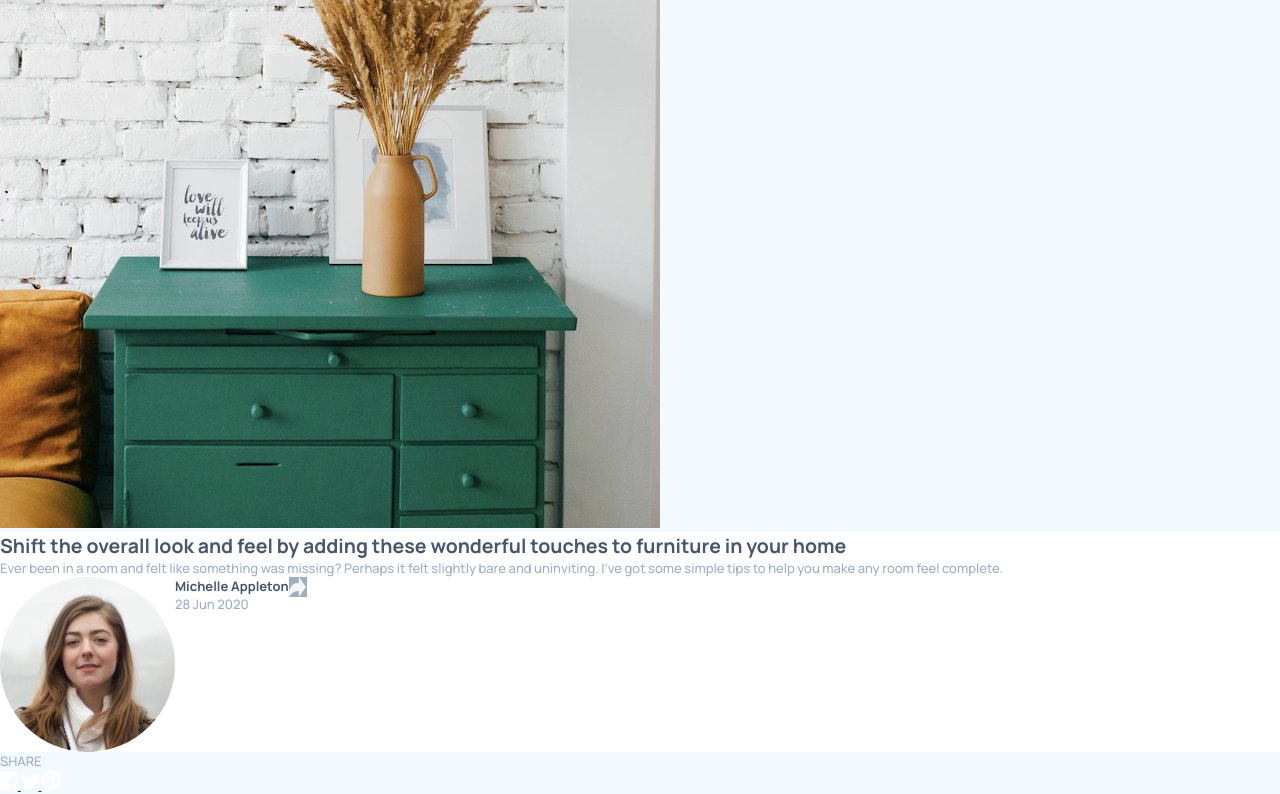
Repository: ellenliao95/frontend-mentor-solution
Page: article-preview-component-master/index.html
These files come from the project's save history. The page is drawn as it stood at one moment and after the next save; the edit follows.
The browser window is 1280 px wide. The pictures show the whole page.

Above is the page before, as saved 2023-03-17 15:24:18.

After the next save:
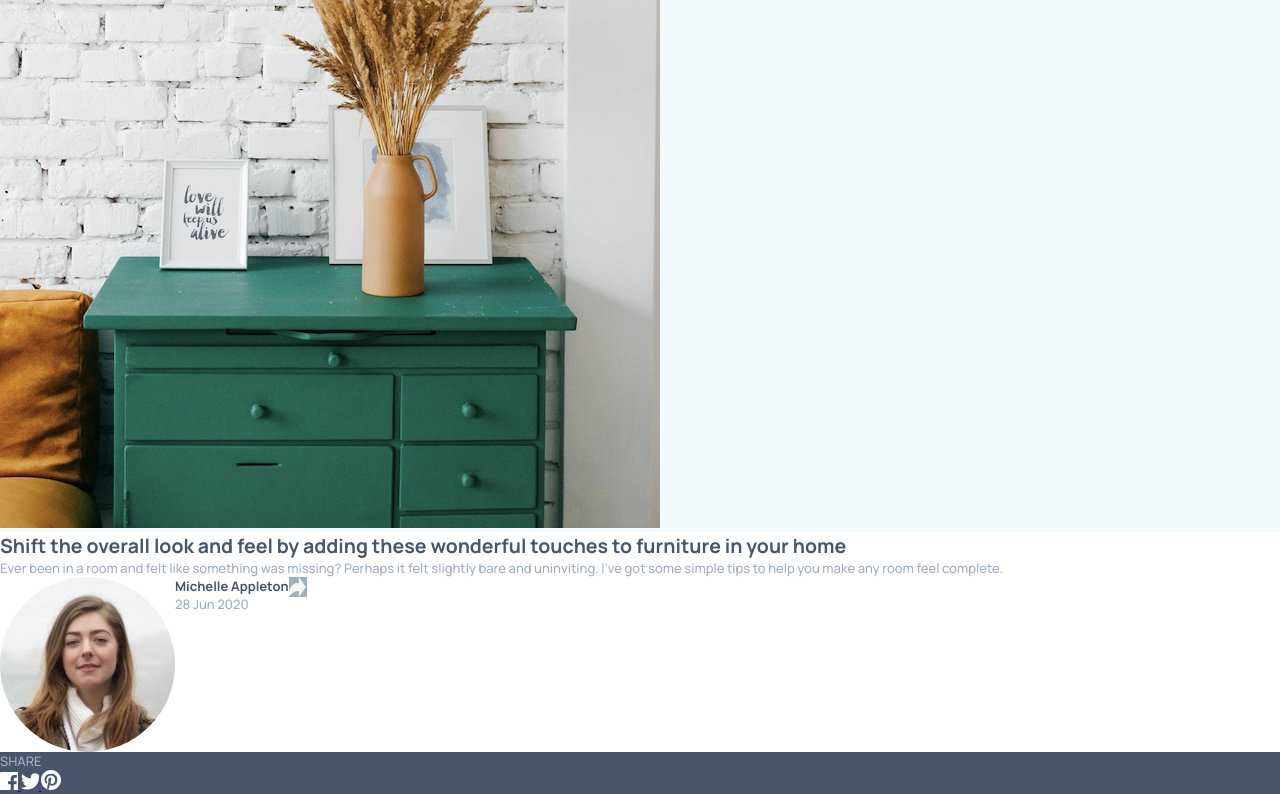
Saved 112 s later.
--- a/article-preview-component-master/index.css
+++ b/article-preview-component-master/index.css
@@ -39,10 +39,13 @@
 }
 .head-img{
     border-radius: 50%;
-    size: 50px;
+
 }
 .share-icon{
  width: 18px;
  height: 20px;
  background: hsl(212, 23%, 69%);
 }
+.share-dtl{
+    background: hsl(217, 19%, 35%);
+}
